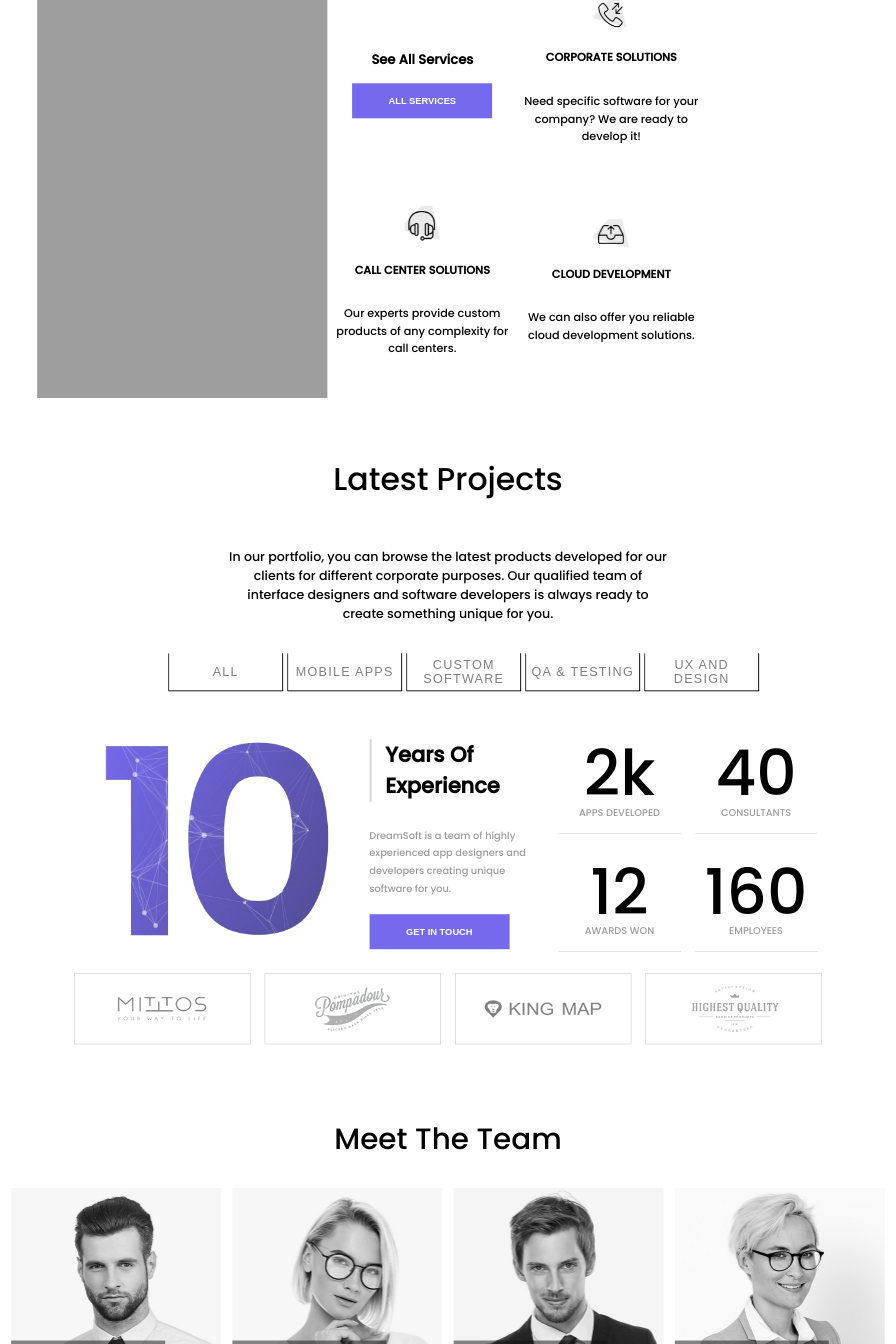
Repository: kkyler24/ladders-bootcamp-awesome
Page: index.html
An editor plug-in stored every save of this project. The page is shown before and after the next save, followed by the edit.
The browser window is 1280 px wide. The pictures show the part of the page from y = 770 to 2690 px (the page is 6195 px tall), at 70% of full size.
Pictures or frames that could not be fetched are drawn as grey boxes.

Above is the page before, as saved 2021-03-20 11:28:24.

### index.html
<!DOCTYPE html>
<html lang="en">
  <head>
    <meta charset="UTF-8" />
    <meta name="viewport" content="width=device-width, initial-scale=1.0" />
    <link rel="stylesheet" href="style.css" />
    <link rel="stylesheet" href="kstyle.css" />
    <link rel="preconnect" href="https://fonts.gstatic.com">
    <link href="https://fonts.googleapis.com/css2?family=Poppins:wght@500&display=swap" rel="stylesheet">
    <title>Demo</title>
  </head>
  <body>
    <header></header>
    <nav class="container-nav">
      <a class="logopic">
        <img src="./img/jumbotron/logo-default-191x52.png" alt="MCLA LOGO"   height="63.99" width="220">
      </a>
      <div class="nav-link">
      <ul>
        <li class=" list-inline">
          <a href="./index.html">Home</a>
        </li>
        <li class="nav-item active list-inline">
          <a href="./index.html">About Us</a>
        </li>
        <li class="nav-item active list-inline">
          <a href="./index.html">Gallery</a>
        </li>
        <li class="nav-item active list-inline">
          <a href="./index.html">Pricing</a>
        </li>
        <li class="nav-item active list-inline">
          <a href="./index.html">Blog</a>
        </li>
      </ul>
    </div>
      <!-- <button></button> -->

    </nav>
    <!-- jumbotron 3 slides -->
    <div id="jumbotron" class="carousel">
      <!-- <ul class ="carousel-indicators">
          <li data-target="#carouselExampleCaptions" data-slide-to="0" class="active"></li>
          <li data-target="#carouselExampleCaptions" data-slide-to="1"></li>
          <li data-target="#carouselExampleCaptions" data-slide-to="2"></li>
          <li data-target="#carouselExampleCaptions" data-slide-to="3"></li>
      </ul> -->
      <div class="container-jumbo">
          <div class="carousel-item">
              <img id="jumboimgOne"src="./img/jumbotron/jess-bailey-q10VITrVYUM-unsplash.jpg"  alt="..." />
              <div class="jumboheadline">
                <h2 class="jumbotext">Mobile App Development</h2><br>
                  <div id="indext">
                    <p class="jumboPara"> Since our establishment, we have delivering high-quality and sutainable <br> software solutions for corporate purpose of worldwide business.</p>
                  </div>

              </div>
          </div>
          <!-- <div class="carousel-item">
              <img src="Assets/diversity2gether.jpg" class="d-block w-100" alt="..." />
              <div class="carousel-caption d-none d-md-block">
                  <h5>We Celebrate diversity</h5>
              </div>
          </div>
          <div class="carousel-item">
              <img src="Assets/womensrights.jpg" class="d-block w-100" alt="..." />
              <div class="carousel-caption d-none d-md-block">
                  <h5> We charise our choices</h5>
              </div>
          </div>
          <div class="carousel-item">
              <img src="Assets/climate.jpg" class="d-block w-100" alt="..." />
              <div class="carousel-caption d-none d-md-block">
                  <h5> We protect whats ours</h5>
              </div> -->
          </div>
      </div>
  </div>
  <!-- <a class="carousel-control-prev" href="#carouselExampleCaptions" role="button" data-slide="prev">
      <span class="carousel-control-prev-icon" aria-hidden="true"></span>
      <span class="sr-only">Previous</span>
  </a>
  <a class="carousel-control-next" href="#carouselExampleCaptions" role="button" data-slide="next">
      <span class="carousel-control-next-icon" aria-hidden="true"></span>
      <span class="sr-only">Next</span>
  </a> -->
</div>

    </section>

    <section class="all-service-section">
      <!-- see all services -->
          <div class="all-services-img">
            <img src="https://ld-wt73.template-help.com/wt_prod-18959/images/index-1-415x592.jpg" alt="" width="415" height="592">
          </div>

          <div class="all-services-container">

              <div class="corporate-solutions-block">
                <h3 class="all-services-h3">See All Services</h3>
                <button class="all-services-button">All Services</button>
              </div>
              <div class="corporate-solutions-block">
                <img src="./img/icon-phone.PNG" alt="">
                <h4 class="services-title-h4">CORPORATE SOLUTIONS</h4>
                <p class="corporate-solutions-text">Need specific software for your company? We are ready to develop it!</p>
              </div>
              <div class="corporate-solutions-block">
                <img src="./img/icon-headset.PNG" alt="">
                <h4 class="services-title-h4">CALL CENTER SOLUTIONS</h4>
                <p class="corporate-solutions-text">Our experts provide custom products of any complexity for call centers.</p>
              </div>
              <div class="corporate-solutions-block">
                <img src="./img/icon-cloud-box.PNG" alt="">
                <h4 class="services-title-h4">CLOUD DEVELOPMENT</h4>
                <p class="corporate-solutions-text">We can also offer you reliable cloud development solutions.</p>
              </div>

          </div>
    </section>

    <section id="sectThree" class="container-fluid">
      <!-- latest Projects -->
      <div class="latestPro">
        <h1 id="latestPro"> Latest Projects</h1>
        <p id="latestPara">In our portfolio, you can browse the latest products developed for our clients for different corporate purposes. Our qualified team of interface designers and software developers is always ready to create something unique for you.</p>
        <ul id="latestRow">
         <li class="latestButtons"><button>All</button></li>
         <li class="latestButtons"><button>Mobile Apps</button></li>
         <li class="latestButtons"><button>custom Software</button></li>
         <li class="latestButtons"><button>QA & Testing</button></li>
         <li class="latestButtons"><button>UX and Design</button></li>
        </ul>

      </div>
    </section>

    <section class="achievements-section">
      <!-- achievements -->
      <figure>
      <img src="./img/10.jpg" alt="Animated number ten" height="300" />
      </figure>
      <div class="years-of-experience-container">
        <h1>Years Of Experience</h1>
        <p>
          DreamSoft is a team of highly experienced app designers and developers
          creating unique software for you.
        </p>
        <button class="get-in-touch-button">Get in touch</button>
      </div>
      <div class="achievements-numbers-container">
        <div class="achievements-numbers-block">
          <h2>2k</h2>
          <p>APPS DEVELOPED</p>
        </div>
        <div class="achievements-numbers-block">
          <h2>40</h2>
          <p>CONSULTANTS</p>
        </div>
        <div class="achievements-numbers-block">
          <h2>12</h2>
          <p>AWARDS WON</p>
        </div>
        <div class="achievements-numbers-block">
          <h2>160</h2>
          <p>EMPLOYEES</p>
        </div>
      </div>
      <div class="logo-links-container">
        <figure>
          <img src="./img/clients-9-270x117.png" alt="Mittos Logo" >
        </figure>
        <figure>
          <img src="./img/clients-10-270x117.png" alt="Pompadour Logo" >
        </figure>
        <figure>
          <img src="./img/clients-3-270x117.png" alt="King Map Logo" >
        </figure>
        <figure>
          <img src="./img/clients-11-270x117.png" alt="Highest Quality Logo" >
        </figure>
      </div>
    </section>

    <section class="meet-the-team-section">
      <!-- meet the team -->
      <h2 class="meet-the-team-h2">Meet The Team</h2>

      <div class="meet-the-team-main-container">

          <div class="meet-team-block">
            <img src="./img/ryan-wilson.jpg" alt="">

            <div class="meet-team-text-block">
              <h4 class="meet-the-team-h4">Ryan Wilson</h4>
              <p class="meet-the-team-p">Director of Production</p>
            </div>
          </div>
          <div class="meet-team-block">
            <img src="./img/jill-peterson.jpg" alt="">

            <div class='meet-team-text-block'>
              <h4 class="meet-the-team-h4">Jill Peterson</h4>
              <p class="meet-the-team-p">UI Designer</p>
            </div>
          </div>
          <div class="meet-team-block">
            <img src="./img/sam-robinson.jpg" alt="">

            <div class='meet-team-text-block'>
              <h4 class="meet-the-team-h4">Sam Robinson</h4>
              <p class="meet-the-team-p">Senior Developer</p>
            </div>
          </div>
          <div class="meet-team-block">
            <img src="./img/mary-lee.jpg" alt="">

            <div class='meet-team-text-block'>
              <h4 class="meet-the-team-h4">Mary Lee</h4>
              <p class="meet-the-team-p">Software Developer</p>
            </div>
          </div>

      </div>
    </section>

    <section class="get-more-with-us-section">
      <!-- Get more with us -->
      <section class="get-more-with-us">
        <h1>Get More With Us</h1>
        <div class="numbers">
          <p>01</p>
          <p>02</p>
          <p>03</p>
          <p>04</p>
        </div>
        <h2>GREAT USABILITY</h2>
        <p class="get-more-about-project">
          All our apps are designed to have great usability in
          order to easily operate our applications.
          That is why our software has high ratings and lots of awards.
        </p>
        <button class="get-in-touch-button">Get in touch</button>
        <button class="download-presentation-button">Download presentation</button>
      </section>
      <img src="img/index-4-261x484.png" alt="Screen with Any App You Wish">
      <img src="img/index-5-261x484.png" alt="Screen with Socia Apps">
    </section>

    <section class="what-people-say-section">
      <!-- What People Say -->
      <h2 class="what-people-say-h2">What People Say</h2>

      <div class="what-people-say-main-container">

        <div class="client-container">
          <img src="./img/catherine-wilson.jpg" alt="">
          <div class="client-title">
            <h4 class="client-name-h4">Catherine Williams</h4>
            <p>Regular client</p>
          </div>
          <div class="client-body">
            <p class="client-body-p">DreamSoft offers a high caliber of resources skilled
            in Microsoft Azure .NET, mobile and Quality Assurance. They
            became our true business partners over the past three years.</p>
          </div>
        </div>
        <div class="client-container">
          <img src="./img/rupert-woods.jpg" alt="">
          <div class="client-title">
            <h4 class="client-name-h4">Rupert Wood</h4>
            <p>Regular client</p>
          </div>
          <div class="client-body">
            <p class="client-body-p">DreamSoft powered us with a competent team to develop
            products for banking services. The team has been delivering
            results within budget and time, which is amazing.</p>
          </div>
        </div>
        <div class="client-container">
          <img src="./img/samantha-brown.jpg" alt="">
          <div class="client-title">
            <h4 class="client-name-h4">Samantha Brown</h4>
            <p>Regular client</p>
          </div>
          <div class="client-body">
            <p class="client-body-p">DreamSoft is a highly skilled and uniquely capable
            firm with multitudes of talent on-board. We have
            results within budget and time, which is amazing.
            collaborated on a number of diverse projects that
            have been a great success.</p>
          </div>
        </div>

      </div>

    </section>

    <section class="latest-blog-posts-section">
      <h2 class="what-people-say-h2">Latest Blog Posts</h2>
      <div class="posts-container">
        <div class="post-block">
          <figure>
          <img class="post-cover" src="img/post-10-370x307.jpg">
          <img class="post-date-label" src="img/label.svg">
          <p class="post-label-date">07/04</p>
          </figure>
          <h4 class="block-post-h4">Benefits Of Async/Await</h4>
            <p class="blog-post-p">
            Asynchronous functions are a good and bad thing in JavaScript.
            The good side is that asynchronous functions are non-blocking and…
            </p>
        </div>
        <div class="post-block">
          <figure>
          <img class="post-cover" src="img/post-11-370x307.jpg">
          <img class="post-date-label" src="img/label.svg">
          <p class="post-label-date">07/17</p>
          </figure>
          <h4 class="block-post-h4">Key Considerations Of IPaaS</h4>
            <p class="blog-post-p">
              Digital transformation requires cloud appropriate adoption,
              legacy IT systems modernization, and Agile-based methodologies for faster…
            </p>
        </div>
        <div class="post-block">
          <figure>
          <img class="post-cover" src="img/post-12-370x307.jpg">
          <img class="post-date-label" src="img/label.svg">
          <p class="post-label-date">07/22</p>
          </figure>
          <h4 class="block-post-h4">Hibernate Query Language</h4>
            <p class="blog-post-p">
              In this tutorial, we will discuss the
              Hibernate Query Language. HQL is an object-oriented query language.
              Hibernate Query...
            </p>
        </div>
      </div>
    </section>

    <footer>
      <!-- contacts and info -->
      <section class="footer-contacts">
        <img src="img/logo-inverse-191x52.png" alt="DreamSoft Logo">
        <p class="about-company">
          Our company has been developing high-quality and reliable software
          for corporate needs since 2008. We are renowned professionals of
          software development.</p>
        <div class="address-block-container">
          <div class="one-contact-block">
            <h2>ADDRESS</h2>
            <p>4730 Crystal Springs Dr, Los Angeles, CA 90027</p>
          </div>
          <div class="one-contact-block">
            <h2>PHONES</h2>
            <p>
              <span class="changing-color">+1 323-913-4688</span>
              <span>,</span>
              <span class="changing-color">+1 323-888-4554</span>
            </p>
          </div>
          <div class="one-contact-block">
            <h2>E-MAILS</h2>
            <p>
              <span>info@demolink.org</span>
              <span>,</span>
              <span>mail@demolink.org</span>
            </p>
          </div>
          <div class="social-media-links-container">
            <img src="img/iconfinder_Circled_Facebook.svg" alt="Facebook Icon">
            <img src="img/iconfinder_Circled_Instagram.svg" alt="Facebook Icon">
            <img src="img/iconfinder_Circled_Linkedin.svg" alt="Facebook Icon">
            <img src="img/iconfinder_Circled_Twitter.svg" alt="Facebook Icon">
          </div>
        </div>
      </section>
      <form class="contact-form">
        <h1>Questions? Contact Us</h1>
        <input class="input-field-1" type="text" id="name" name="name" placeholder="Name"><br>
        <input class="input-field-1" type="text" id="email" name="email" placeholder="Email"><br>
        <input class="input-field-2" type="text" id="message" name="message" placeholder="Message"><br>
        <button class="send-message-button">Send message</button>
      </form>
      <section class="what-we-offer">
        <h1>What We Offer</h1>
        <div class="what-we-offer-container">
            <figure class="what-we-offer-item">
              <p>DB Management</p>
              <figure class="triangle"></figure>
            </figure>
            <figure class="what-we-offer-item">
              <p>IOS/MacOS</p>
              <figure class="triangle"></figure>
            </figure>
            <figure class="what-we-offer-item">
              <p>Android Apps</p>
              <figure class="triangle"></figure>
            </figure>
            <figure class="what-we-offer-item">
              <p>Windows Apps</p>
              <figure class="triangle"></figure>
            </figure>
            <figure class="what-we-offer-item">
              <p>UX/UI Apps</p>
              <figure class="triangle"></figure>
          </figure>
        </div>
        </section>
      </footer>
  </body>
</html>

### kstyle.css
html, body{
  overflow-x: hidden;


}

/* Navbar git  */
.container-nav {
  display: flex;
}

.list-inline {
  display: inline;
  list-style-type: none;
  padding-right: 10px;
  font-family: Georgia, "Times New Roman", Times, serif;
}

a.logopic {
  flex-flow: row;
  flex-grow: 3;
}

ul.li.a {
  font-family: "Poppins", sans-serif;
  font-weight: 500;
  color: black;
}

/* Jumbotron */
.jumboPara {
  text-align: center;
}

.jumbotron .container-jumbo {
  max-width: 100%;
  background-color: #222;
}

#jumbotron {
  padding: 30px 0px 30px 0px;
  max-width: 100%;
  text-align: center;
  background-color: transparent;
  overflow: hidden;
  font-family: "Raleway", Helvetica, Arial, sans-serif;
}

.container-jumbo {
  display: flex;
  width: 100%;
  margin: 0 auto;
  height: 561px;
}

.jumbotext {
  color: rgb(2, 2, 2);
  font-weight: 600;
  text-transform: uppercase;
  font-size: 60px;
}

.jumboheadline {
  display: flex;
  flex-direction: column;
  height: 506px;
  justify-content: flex-end;
}

#jumboimgOne {
  z-index: 0;
  position: absolute;
  display: flex;
  width: 100%;
  overflow-x: hidden;
}

.carousel-item {
  width: 100%;
}

.carousel-item,
.jumbotext,
#indext {
  position: relative;
  z-index: 2;
}

/* latest Section */

#sectThree{
  display: flex;
  font-family: "Poppins", sans-serif;
  text-align: center;
  width: 100%;
}

#latestPara{
 font-size: 18px;
 margin: auto 25% auto 25%;
 padding-top: 3%;
 max-width: ;
}

#latestPro{
  font-size: 45px;
  font-weight: lighter;
  margin-top: 2%;
  margin-bottom: 2%;
}

#latestRow{
display: flex;
justify-content: center;
margin: 3%;



}
#latestRow button{
  color: gray;
  font-weight: 200px;
  padding: 3%;
  margin: 5px;
  margin-right: 0px;
  height: 55px;
 font-size: 18px;
 letter-spacing: .1em;
 background-color: transparent;
 width: 165px;
 text-transform: uppercase;
 border-radius: 2px;
 border-top: transparent;
}

li.latestButtons{
  list-style: none;

}

Loaded but not shown: style.css (628 lines, source omitted)

After the next save:
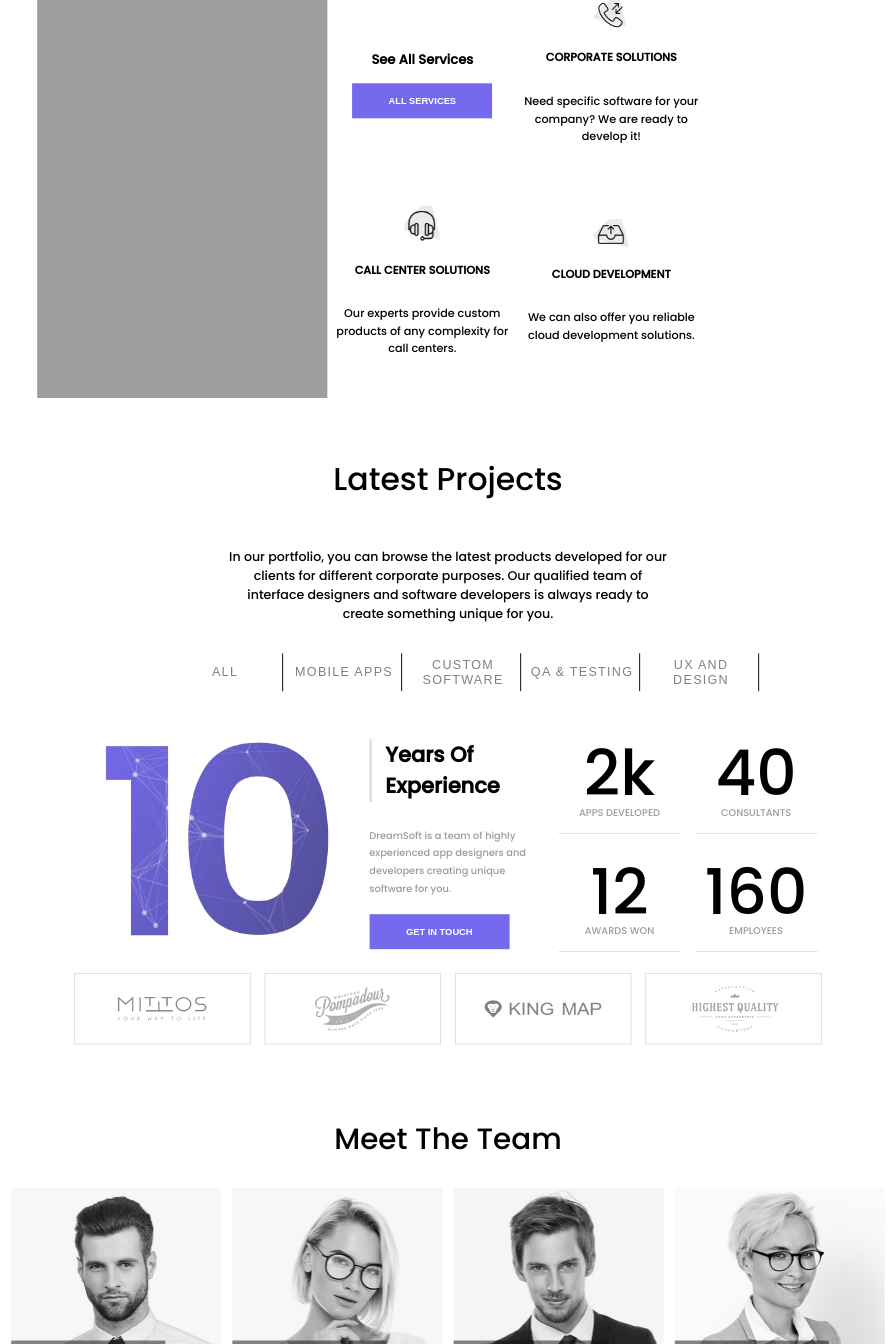
Saved 20 s later.
--- a/kstyle.css
+++ b/kstyle.css
@@ -131,6 +131,8 @@ margin: 3%;
  text-transform: uppercase;
  border-radius: 2px;
  border-top: transparent;
+ border-left: transparent;
+ border-bottom: transparent;
 }
 
 li.latestButtons{
